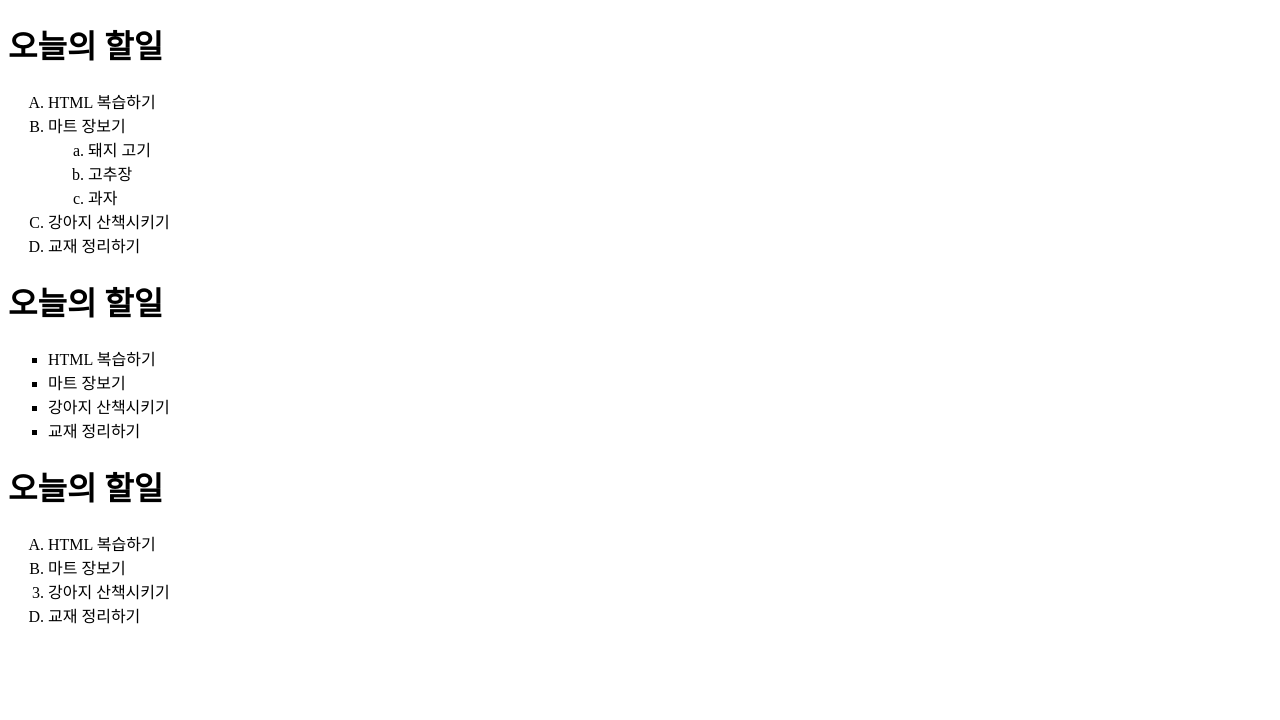
Repository: Chun0903/classStudy_github.io
Page: client/ClientTest/WebContent/ex10_list.html
These files come from the project's save history. The page is drawn as it stood at one moment and after the next save; the edit follows.
The browser window is 1280 px wide. The pictures show the whole page.

Above is the page before, as saved 2020-06-19 01:28:16.

After the next save:
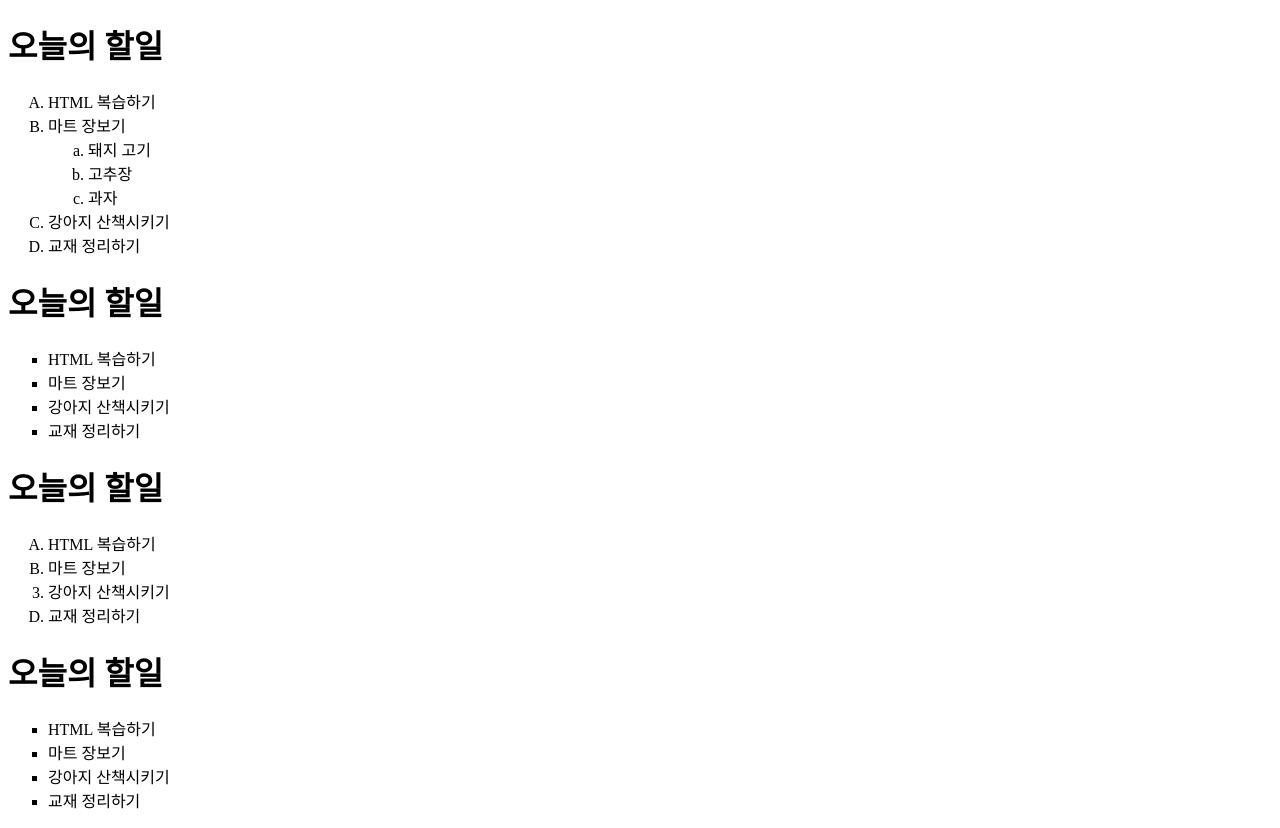
Saved 35 s later.
--- a/client/ClientTest/WebContent/ex10_list.html
+++ b/client/ClientTest/WebContent/ex10_list.html
@@ -60,6 +60,16 @@
 		<li>교재 정리하기</li>
 	</ol>
 
+			<h1>오늘의 할일</h1>
+
+	<!-- 불릿(bullet) -->
+	<ul type="square">
+		<li>HTML 복습하기</li>
+		<li>마트 장보기</li>
+		<li>강아지 산책시키기</li>
+		<li>교재 정리하기</li>
+	</ul>
+
 
 
 
